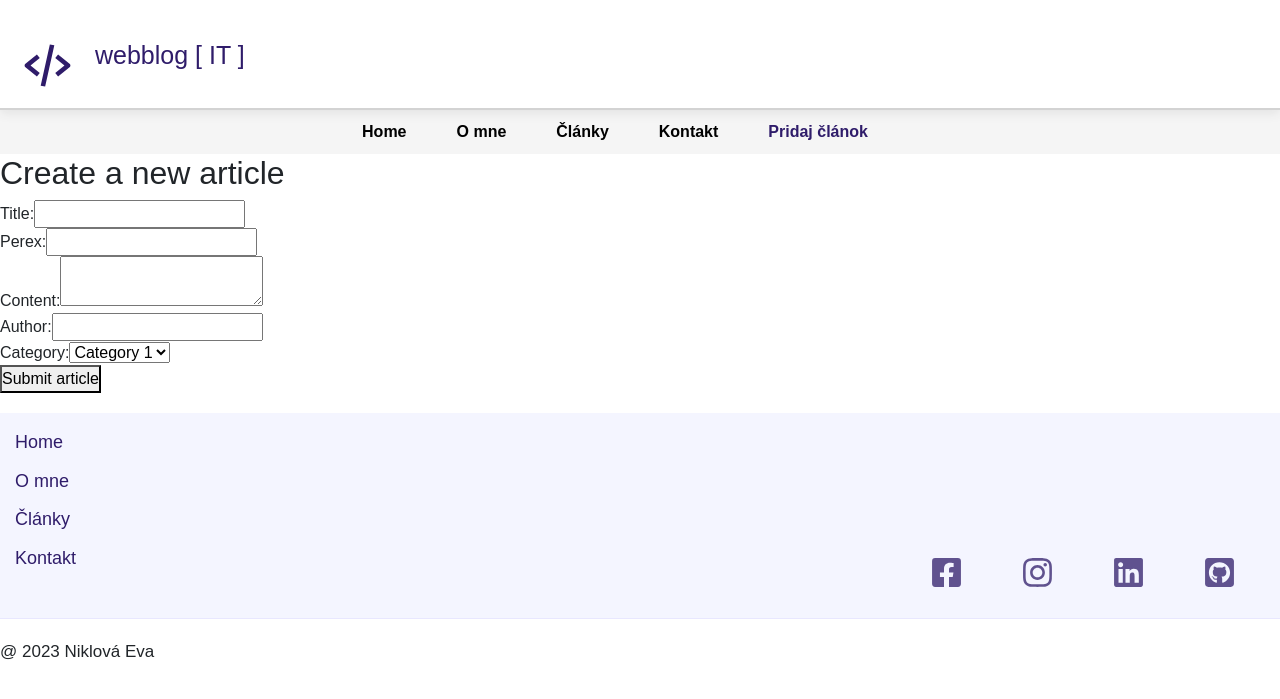
Repository: eniklova/github-bl
Page: /newarticel
The author's editor kept a copy of each file at every save. The page is drawn from the files as they stood at one save, then again after a run of saves.
The browser window is 1280 px wide. The pictures show the whole page.
Some web fonts or font styles are not loaded; a fallback is used. The project was rebuilt for these pictures with package versions that can differ from the ones it lists, and the page was loaded fresh each time. Also part of the build but not shown: src/components/ArticleList.js, src/components/HeroSlider.css, src/components/HeroSlider.js, src/pages/Home.js, src/pages/Aboutme.js, src/pages/Articles.js, src/pages/Kontakt.js, src/pages/Error.js.

Above is the page before, as saved 2023-10-19 09:45:28.

### public/index.html
<!DOCTYPE html>
<html lang="cs">
<head>
    <meta charset="UTF-8">
    <meta http-equiv="X-UA-Compatible" content="IE=edge">
    <meta name="viewport" content="width=device-width, initial-scale=1.0">
    <link rel="stylesheet" href="https://use.typekit.net/ovu8btr.css">
    <title>Document</title>
</head>
<body>
    <div id="result">

    </div>
</body>
</html>

### src/index.js
import { createRoot } from 'react-dom/client';
import 'bootstrap/dist/css/bootstrap.min.css';

import './index.css';
import App from './App';


const container = document.getElementById('result')
const root = createRoot(container)
root.render(<App tab="home" />)

### src/App.js
import {BrowserRouter, Routes, Route} from "react-router-dom"
import Home from "./pages/Home"
import Aboutme from "./pages/Aboutme"
import Articles from "./pages/Articles"
import Kontakt from "./pages/Kontakt"
import Error from "./pages/Error"
import NewArticel from "./pages/NewArticel"
import SharedLayout from "./pages/SharedLayout"
import ArticleList from "./components/ArticleList"



const App = () =>  {
  return  <BrowserRouter>
    <Routes>

      <Route path="/" element={ <SharedLayout /> } >
        <Route index element={ <Home /> }  />
        <Route path="/aboutme" element={ <Aboutme /> } />
        <Route path="/articles" element={ <Articles />} />
        <Route path="/all-articles/:articleID" element={ <ArticleList />} />
        <Route path="/kontakt" element={ <Kontakt />} />
        <Route path="/newarticel" element={ <NewArticel />} />

        <Route path="*" element={ <Error /> }/>
      </Route>

    </Routes>
  </BrowserRouter>
}

export default App

### src/pages/NewArticel.js
import React from 'react';
import ArticleForm from '../components/ArticleForm';

function NewArticle() {
  return (
    <div>
      <ArticleForm/>
    </div>
  );
}

export default NewArticle;

### src/pages/SharedLayout.js
import { Outlet } from "react-router-dom";
import Navbar from "../components/Navbar";
import Footer from "../components/Footer";


const SharedLayout = () => {
  return <>
        <Navbar/>
        <Outlet/>
        <Footer/>
    </>
 }

export default SharedLayout

### src/components/ArticleForm.js
import React, { useState } from "react";
import { createArticle, updateArticleCategory } from "../services/api";

function ArticleForm() {
  const initialFormData = {
    title: "",
    perex: "",
    content: "",
    author: "",
  };
  const [formData, setFormData] = useState({ ...initialFormData });
  const [categoryIds, setCategoryIds] = useState([]);
  const [submitMessage, setSubmitMessage] = useState("");
  const [isSubmitted, setIsSubmitted] = useState(false);

  const handleChange = (e) => {
    const { name, value } = e.target;
    setFormData({
      ...formData,
      [name]: value,
    });
  };

  const handleCategoryChange = (e) => {
    const { value } = e.target;
    setCategoryIds([value]);
  };

  const handleSubmit = async (e) => {
    e.preventDefault();

    console.log("Data from the form:", formData);

    try {
      const article = await createArticle(formData);
      await updateArticleCategory(article.id, categoryIds);

      setSubmitMessage("Article has been successfully submitted!");
      setIsSubmitted(true);
      setFormData({ ...initialFormData });
    } catch (error) {
      console.error("Error creating the article:", error);
      setSubmitMessage("Error submitting the article");
    }
  };

  return (
    <div>
      <h2>Create a new article</h2>
      <form onSubmit={handleSubmit}>
        <div>
          <label htmlFor="title">Title:</label>
          <input
            type="text"
            id="title"
            name="title"
            value={formData.title}
            onChange={handleChange}
          />
        </div>
        <div>
          <label htmlFor="perex">Perex:</label>
          <input
            type="text"
            id="perex"
            name="perex"
            value={formData.perex}
            onChange={handleChange}
          />
        </div>
        <div>
          <label htmlFor="content">Content:</label>
          <textarea
            id="content"
            name="content"
            value={formData.content}
            onChange={handleChange}
          />
        </div>
        <div>
          <label htmlFor="author">Author:</label>
          <input
            type="text"
            id="author"
            name="author"
            value={formData.author}
            onChange={handleChange}
          />
        </div>
        <div>
          <label htmlFor="category">Category:</label>
          <select
            id="category"
            name="category"
            onChange={handleCategoryChange}
          >
            <option value="1">Category 1</option>
            <option value="2">Category 2</option>
            <option value="3">Category 3</option>
          </select>
        </div>

        {isSubmitted ? null : (
          <button type="submit">Submit article</button>
        )}
      </form>

      {submitMessage && <p>{submitMessage}</p>}
    </div>
  );
}

export default ArticleForm;

### src/components/Navbar.js
import { NavLink } from "react-router-dom";
import { GiHamburgerMenu } from "react-icons/gi";
import { BiCodeAlt } from "react-icons/bi";
import "./Navbar.css";
import { useState } from "react";

const Navbar = () => {
  const [ showMenu, setShowMenu ] = useState(false)



  return (
    <header className="header">
      <div className="navigation">
        <div className="nav-header">
          <i className="logo-icon">
            <BiCodeAlt />
          </i>
          <h1 className="logo-title">
            <a href="/" rel="home">webblog [ IT ]</a>
          </h1>
          <button onClick={() => setShowMenu(!showMenu) }>
            <GiHamburgerMenu className="hamburger-icon" />
          </button>
        </div>
      </div>

      <div className={`${showMenu ? "nav-menu show" : "nav-menu hide"}`}>

        <NavLink to="/" className={ ({isActive}) => isActive ? "activeLink link" : "nonactiveLink link"}>Home</NavLink>
        <NavLink to="aboutme" className={ ({isActive}) => isActive ? "activeLink link" : "nonactiveLink link"}>O mne</NavLink>
        <NavLink to="articles" className={ ({isActive}) => isActive ? "activeLink link" : "nonactiveLink link"}>Články</NavLink>
        <NavLink to="kontakt" className={ ({isActive}) => isActive ? "activeLink link" : "nonactiveLink link"}>Kontakt</NavLink>
        <NavLink to="newarticel" className={ ({isActive}) => isActive ? "activeLink link" : "nonactiveLink link"}>Pridaj článok</NavLink>
      </div>
    </header>
  );
}

export default Navbar;

### src/components/Footer.js
import "./Footer.css"
import { NavLink } from "react-router-dom";
import { FaFacebookSquare, FaGithubSquare, FaInstagram, FaLinkedin } from 'react-icons/fa';





const Footer = () => {
    return <footer>
    <section className="footer">
        <div className="social">
        <a href="https://www.facebook.com/niklova/"><FaFacebookSquare className="icon-facebook"></FaFacebookSquare></a>
        <a href="https://www.instagram.com/e.nial/"><FaInstagram className="icon-instagram"></FaInstagram></a>
        <a href="https://www.linkedin.com/in/eva-niklov%C3%A1-b4b381272/"><FaLinkedin className="icon-linkedin"></FaLinkedin></a>
        <a href="https://github.com/eniklova"><FaGithubSquare className="icon-github"></FaGithubSquare></a>
      </div>

      <ul className="list">
          <li>
            <NavLink to="/">Home</NavLink>
          </li>
          <li>
            <NavLink to="aboutme">O mne</NavLink>
          </li>
          <li>
            <NavLink to="articles">Články</NavLink>
          </li>
          <li>
            <NavLink to="aboutme">Kontakt</NavLink>
          </li>

        </ul>

    </section>

    <p className="copyright">
    @ 2023  Niklová Eva
    </p>
    </footer>


  }


export default Footer;

### src/services/api.js
import axios from "axios";

const BASE_URL = "https://test-api-79d35.ondigitalocean.app/article";

export const getArticles = async (perPage, categoryId, page) => {
  const URL = `${BASE_URL}?per_page=${perPage}&category_id=${categoryId}&page=${page}`;

  try {
    const response = await axios.get(URL, {
      headers: {
        "Content-Type": "application/json",
        Accept: "application/json",
      },
    });

    return response.data;
  } catch (error) {
    console.error("Chyba pri získavaní článkov:", error);
    throw error;
  }
};

export const createArticle = async (articleData) => {
  const URL = `${BASE_URL}`;

  try {
    articleData.category_id = 1;
    const response = await axios.post(URL, articleData, {
      headers: {
        "Content-Type": "application/json",
        Accept: "application/json",
      },
    });

    return response.data;
  } catch (error) {
    console.error("Chyba pri vytváraní článku:", error);
    throw error;
  }
};

export const updateArticle = async (articleId, updatedData) => {
  const URL = `${BASE_URL}/article/${articleId}`;

  try {
    updatedData.category_id = 1;
    const response = await axios.put(URL, updatedData, {
      headers: {
        "Content-Type": "application/json",
        Accept: "application/json",
      },
    });

    return response.data;
  } catch (error) {
    console.error("Chyba pri úprave článku:", error);
    throw error;
  }
};

export const updateArticleCategory = async (articleId, categoryIds) => {
  const URL = `${BASE_URL}/${articleId}/category-sync`;

  try {
    const response = await axios.put(URL, { category_ids: categoryIds }, {
      headers: {
        "Content-Type": "application/json",
        Accept: "application/json",
      },
    });

    return response.data;
  } catch (error) {
    console.error("Chyba pri aktualizaci kategorie článku:", error);
    throw error;
  }
};

export const deleteArticle = async (articleId) => {
  const URL = `${BASE_URL}/${articleId}`;

  try {
    await axios.delete(URL);
  } catch (error) {
    console.error("Chyba pri mazaní článku:", error);
    throw error;
  }
};

### src/components/Navbar.css
* {
    margin: 0;
    padding: 0;
    box-sizing: border-box;
    font-family: "muli", sans-serif;
    font-style: normal;
  }

  /* Do 700px */
  nav {
    background-color: white;
  }

  .navigation {
    display: flex;
    flex-direction: row;
    justify-content: space-between;
    align-items: center;
    box-shadow: 0 4px 10px rgba(0, 0, 0, 0.08);
    border-bottom: 2px solid #0000002c;
    }

  .nav-header {
    display: flex;
    flex-direction: row;
    justify-content: space-between;
    align-items: center;
    min-height: 70px;
  }

  .logo-icon {
    font-size: 55px;
    padding: 5px;
    color: #2F1C6A;
    margin: 15px 0px 0px 15px;
  }

  .logo-title a {
    margin: 25px 10px 15px 10px;
    font-size: 25px;
    padding: 5px;
    color: #2F1C6A;
    text-decoration: none;
  }

  .nav-header button {
    display: none;
  }

  .nav-menu {
    display: flex;
    background-color: rgba(169, 169, 169, 0.119);
    flex-direction: row;
    justify-content: center;
    align-items: center;
    padding: 10px;
  }

  .nav-menu a {
    margin-right: 50px;
    font-family: "muli", sans-serif;
    font-weight: bold;
    text-decoration: none;
    }

  .activeLink {
    color: #2F1C6A;
  }


  .nonactiveLink {
    color: black
  }


  @media (max-width: 700px) {
    .navigation {
      flex-direction: column;
      justify-content: center;
      align-items: flex-start;
    }

    .nav-menu {
      width: 100%;
      padding: 10px 5px;
      flex-direction: column;
    }

    .nav-menu a {
      width: 100%;
      margin-right: 0;
      margin-bottom: 10px;
    }

    .nav-header button {
      display: block;
      background-color: transparent;
      border: none;
    }

    .nav-header {
      width: 100%;
    }

    .hamburger-icon {
      color: #301c6a61;
      font-size: 25px;
      margin-right: 20px;
    }

  .hide {
  height: 0px;
  overflow: hidden;
  transition: all 0.1s linear;
  }

  .show {
    height: 150px;
    transition: all 0.1s linear;
  }
  }

### src/components/Footer.css


.footer {
    padding: 25px 0;
    margin-top: 20px;
    background-color: #f4f5ff;
    display: flex;
    justify-content: space-between;
    align-items: flex-end;
    position: relative;
}

.footer .social {
    position: absolute;
    transition: height 600ms ease 0s;
    overflow: hidden;
    max-width: 600px;
    text-align: right;
    padding-bottom: 15px;
    color: #2F1C6A;
    right: 15px;
    bottom: 15px;
}

.footer .social a {
    font-size: 33px;
    color: inherit;
    width: 35px;
    height: 20px;
    line-height: 30px;
    display: inline-block;
    text-align: center;
    margin: 0 28px;
    opacity: 0.75;
}

.footer .social a:hover {
    opacity: 1.75;
}

.footer ul {
    margin-top: 0;
    padding: 0;
    list-style: none;
    font-size: 18px;
    line-height: 1.6;
    margin-bottom: 0;
    text-align: left;
    color: #2F1C6A;
    position: relative;
    left: 15px;
    bottom: 15px;
}

.footer ul li a {
    color: inherit;
    text-decoration: none;
    opacity: 1.75;
}

.footer ul li {
    display: block;
    padding: 5px 0;
}

.footer ul li a:hover {
    opacity: 1;
}

.copyright {
    text-align: center;
    font-size: 17px;
    display: flex;
    flex-wrap: wrap;
    border-top: solid 1px rgba(140, 133, 255, 0.2);
    padding: 20px 0;
    justify-content: space-between;
}

Loaded but not shown: src/index.css (common file)

After the next 2 saves:
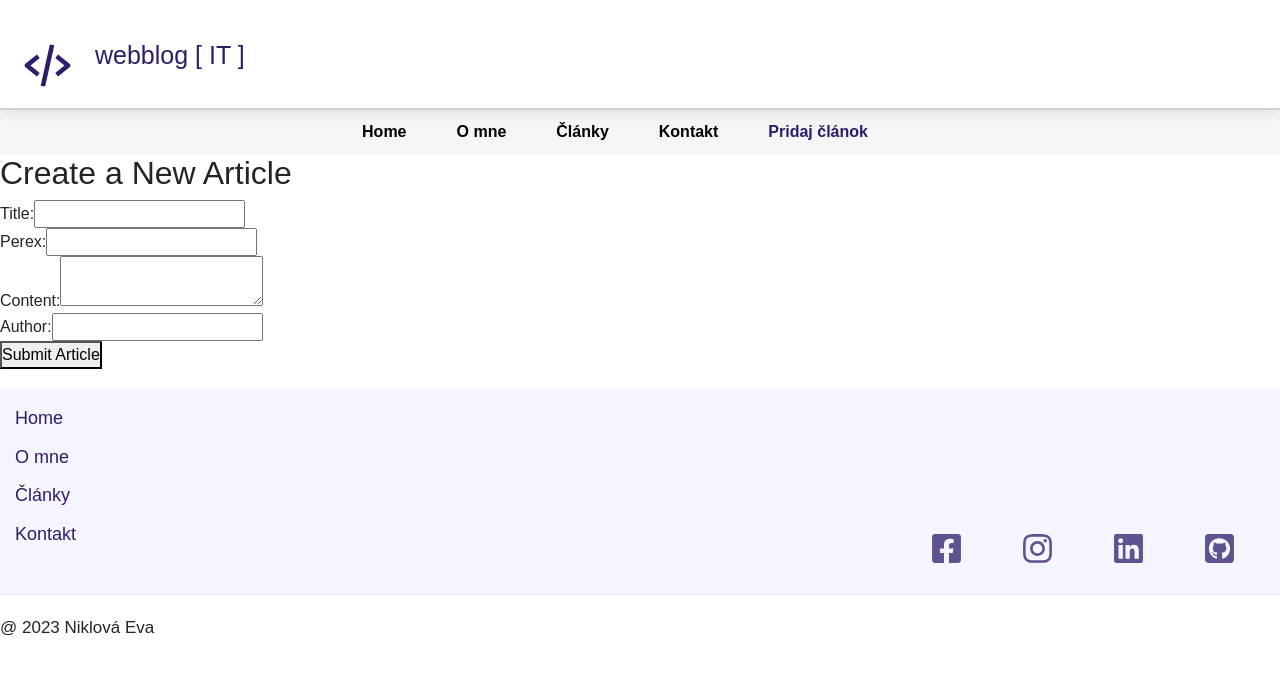
The 2 saves are shown as one change because 1 did not build or start.
The last was saved 8 min 38 s later.
--- a/src/components/ArticleForm.js
+++ b/src/components/ArticleForm.js
@@ -1,5 +1,6 @@
 import React, { useState } from "react";
-import { createArticle, updateArticleCategory } from "../services/api";
+import { createArticle } from "../services/api";
+import { syncArticleWithCategories } from "../services/api";
 
 function ArticleForm() {
   const initialFormData = {
@@ -9,7 +10,6 @@ function ArticleForm() {
     author: "",
   };
   const [formData, setFormData] = useState({ ...initialFormData });
-  const [categoryIds, setCategoryIds] = useState([]);
   const [submitMessage, setSubmitMessage] = useState("");
   const [isSubmitted, setIsSubmitted] = useState(false);
 
@@ -21,32 +21,30 @@ function ArticleForm() {
     });
   };
 
-  const handleCategoryChange = (e) => {
-    const { value } = e.target;
-    setCategoryIds([value]);
-  };
-
   const handleSubmit = async (e) => {
     e.preventDefault();
 
     console.log("Data from the form:", formData);
 
     try {
-      const article = await createArticle(formData);
-      await updateArticleCategory(article.id, categoryIds);
-
+      const createdArticle = await createArticle(formData);
       setSubmitMessage("Article has been successfully submitted!");
       setIsSubmitted(true);
       setFormData({ ...initialFormData });
+
+      // Now you can sync the article with specific categories
+      const articleId = createdArticle.id;
+      const categoryIds = [1, 2, 3]; // Change this according to your needs
+      await syncArticleWithCategories(articleId, categoryIds);
     } catch (error) {
       console.error("Error creating the article:", error);
       setSubmitMessage("Error submitting the article");
     }
-  };
+  }
 
   return (
     <div>
-      <h2>Create a new article</h2>
+      <h2>Create a New Article</h2>
       <form onSubmit={handleSubmit}>
         <div>
           <label htmlFor="title">Title:</label>
@@ -87,21 +85,9 @@ function ArticleForm() {
             onChange={handleChange}
           />
         </div>
-        <div>
-          <label htmlFor="category">Category:</label>
-          <select
-            id="category"
-            name="category"
-            onChange={handleCategoryChange}
-          >
-            <option value="1">Category 1</option>
-            <option value="2">Category 2</option>
-            <option value="3">Category 3</option>
-          </select>
-        </div>
 
         {isSubmitted ? null : (
-          <button type="submit">Submit article</button>
+          <button type="submit">Submit Article</button>
         )}
       </form>
 
--- a/src/services/api.js
+++ b/src/services/api.js
@@ -15,7 +15,7 @@ export const getArticles = async (perPage, categoryId, page) => {
 
     return response.data;
   } catch (error) {
-    console.error("Chyba pri získavaní článkov:", error);
+    console.error("Error getting articles:", error);
     throw error;
   }
 };
@@ -34,17 +34,17 @@ export const createArticle = async (articleData) => {
 
     return response.data;
   } catch (error) {
-    console.error("Chyba pri vytváraní článku:", error);
+    console.error("Error creating the article:", error);
     throw error;
   }
 };
 
-export const updateArticle = async (articleId, updatedData) => {
-  const URL = `${BASE_URL}/article/${articleId}`;
+export const syncArticleWithCategories = async (articleId, categoryIds) => {
+  const URL = `${BASE_URL}/article/${articleId}/category-sync`;
+  const data = { category_ids: categoryIds };
 
   try {
-    updatedData.category_id = 1;
-    const response = await axios.put(URL, updatedData, {
+    const response = await axios.put(URL, data, {
       headers: {
         "Content-Type": "application/json",
         Accept: "application/json",
@@ -53,36 +53,7 @@ export const updateArticle = async (articleId, updatedData) => {
 
     return response.data;
   } catch (error) {
-    console.error("Chyba pri úprave článku:", error);
+    console.error("Error syncing article with categories:", error);
     throw error;
   }
 };
-
-export const updateArticleCategory = async (articleId, categoryIds) => {
-  const URL = `${BASE_URL}/${articleId}/category-sync`;
-
-  try {
-    const response = await axios.put(URL, { category_ids: categoryIds }, {
-      headers: {
-        "Content-Type": "application/json",
-        Accept: "application/json",
-      },
-    });
-
-    return response.data;
-  } catch (error) {
-    console.error("Chyba pri aktualizaci kategorie článku:", error);
-    throw error;
-  }
-};
-
-export const deleteArticle = async (articleId) => {
-  const URL = `${BASE_URL}/${articleId}`;
-
-  try {
-    await axios.delete(URL);
-  } catch (error) {
-    console.error("Chyba pri mazaní článku:", error);
-    throw error;
-  }
-};
